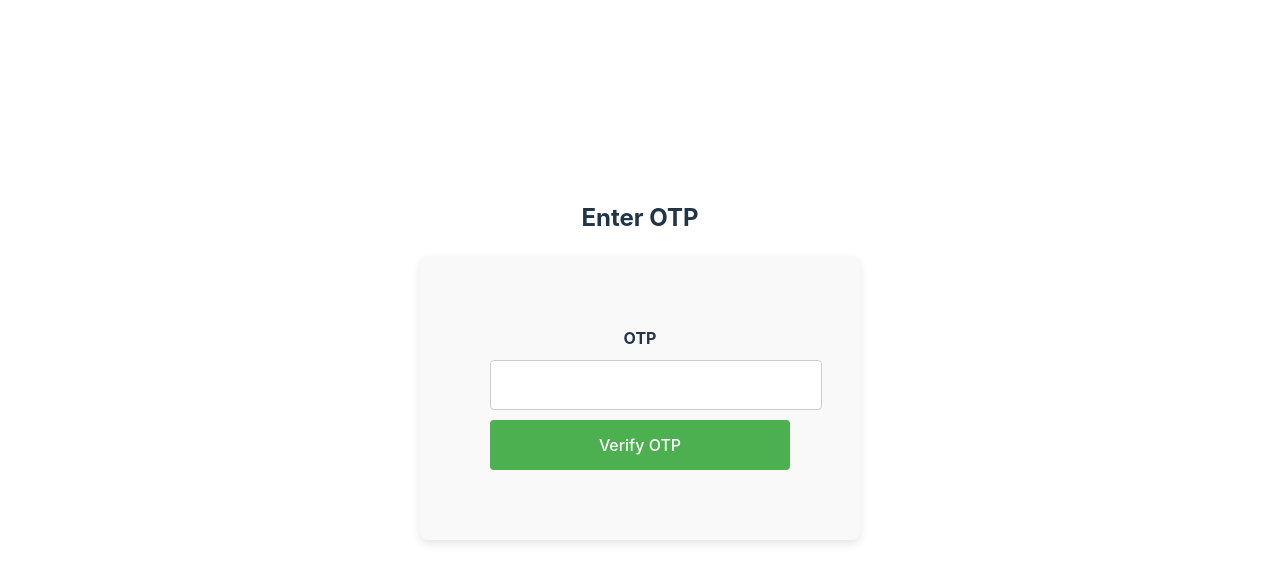
Repository: sarathraj2002/MockTest
Page: /check (app in Frontend/)
An editor plug-in stored every save of this project. The page is shown before and after a run of saves, followed by the edit.
The browser window is 1280 px wide. The pictures show the whole page.
The project was rebuilt for these pictures with package versions that can differ from the ones it lists, and the page was loaded fresh each time. Also part of the build but not shown: Frontend/vite.config.js, Frontend/src/components/Otp.jsx, Frontend/src/components/Home.jsx.

Above is the page before, as saved 2024-11-13 17:16:20.

After the next 2 saves:
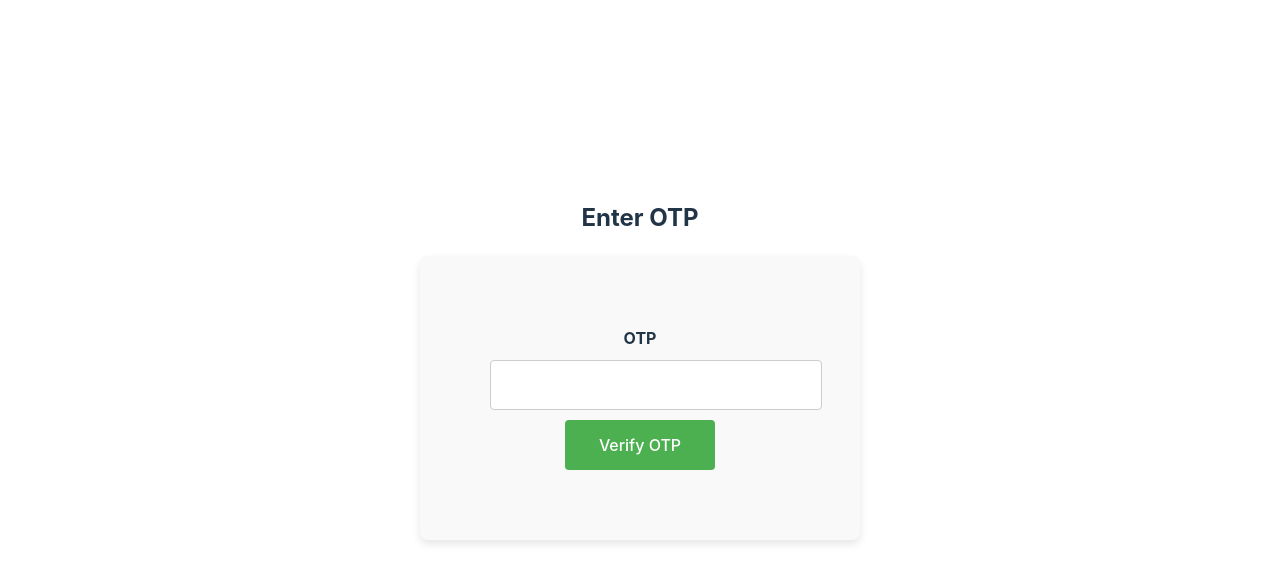
The 2 saves are shown as one change because they came seconds apart.
The last was saved 6 s later.
--- a/Frontend/src/components/Mail.jsx
+++ b/Frontend/src/components/Mail.jsx
@@ -46,7 +46,7 @@ function OTPForm({ email, onOTPVerify }) {
   };
 
   const buttonStyle = {
-    width: '100%',
+    width: '50%',
     padding: '15px',
 
     backgroundColor: '#4CAF50',
